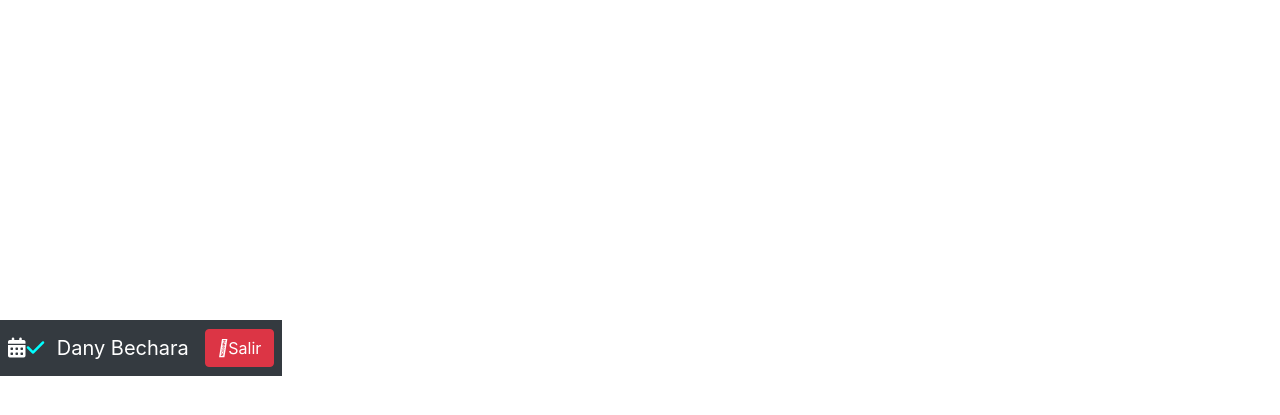
Repository: bechara611/calendar-frontend
Page: /
An editor plug-in stored every save of this project. The page is shown before and after the next save, followed by the edit.
The browser window is 1280 px wide. The pictures show the whole page.
The project was rebuilt for these pictures with package versions that can differ from the ones it lists, and the page was loaded fresh each time. Also part of the build but not shown: vite.config.js. Imported but missing from the stored project, and not drawn on this page: src/auth.

Above is the page before, as saved 2023-01-04 14:18:19.

After the next save:
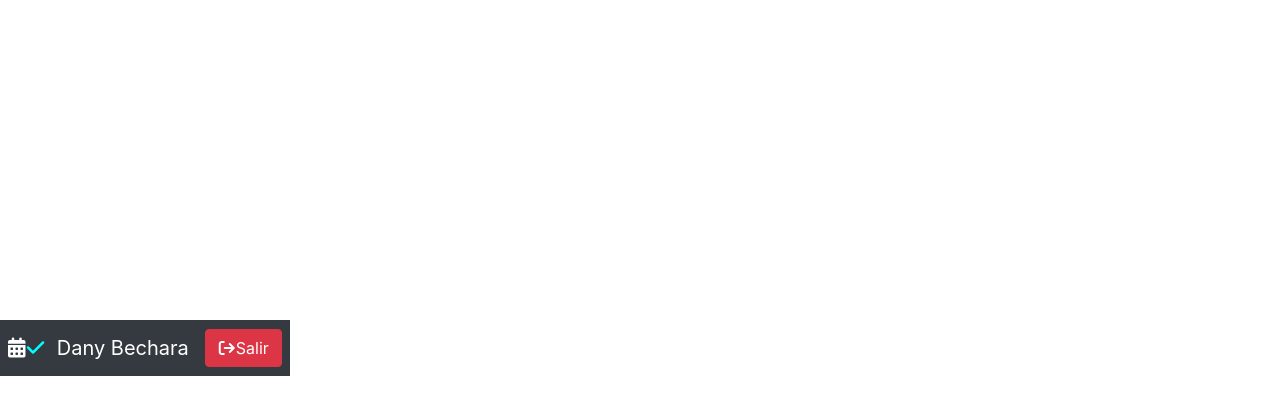
Saved 4 s later.
--- a/src/calendar/components/NavBar.jsx
+++ b/src/calendar/components/NavBar.jsx
@@ -11,8 +11,8 @@ export const NavBar = () => {
     Dany Bechara
     </span>
     <button className='btn btn-danger '>
+    <i className='fas fa-sign-out'></i>
 
-    <i className="fa-light fa-arrow-right-from-bracket"></i>
     <span>Salir</span>
     </button>
     </div>
